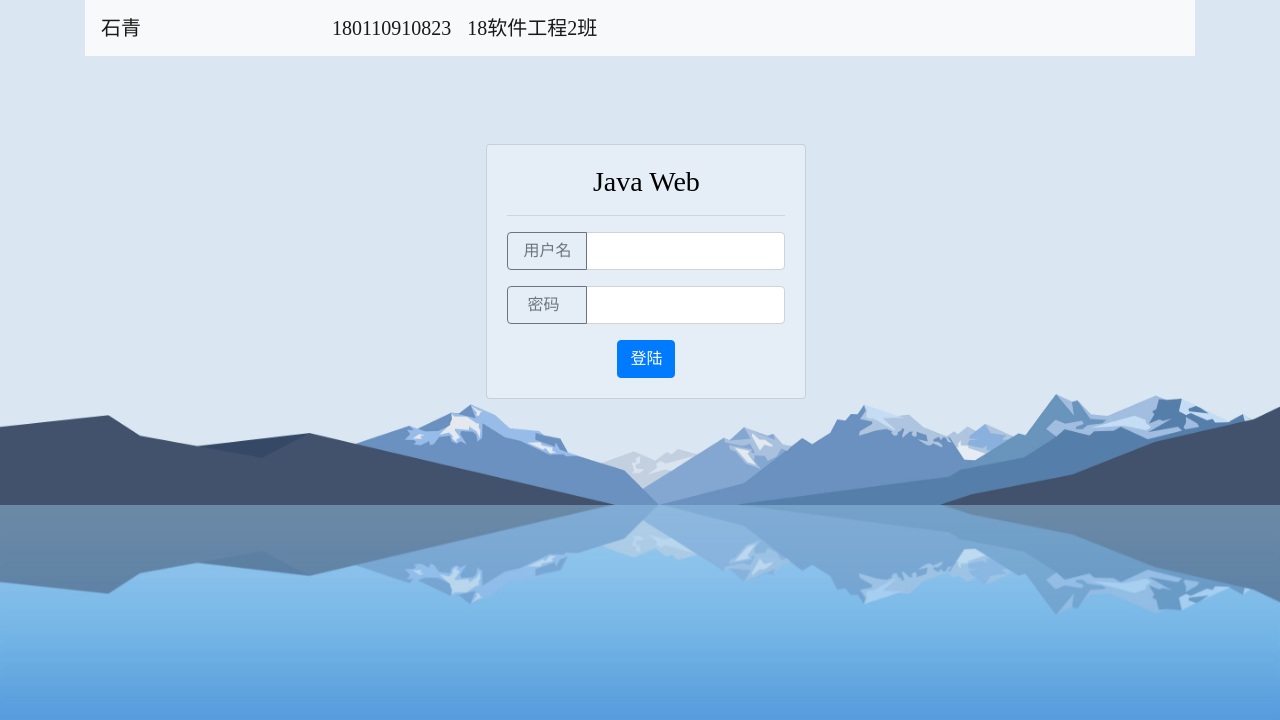
Repository: sqsssq/JavaWeb
Page: class1/IDEA/web/successful.html
An editor plug-in stored every save of this project. The page is shown before and after the next save, followed by the edit.
The browser window is 1280 px wide. The pictures show the whole page.

Above is the page before, as saved 2020-09-25 00:38:33.

After the next save:
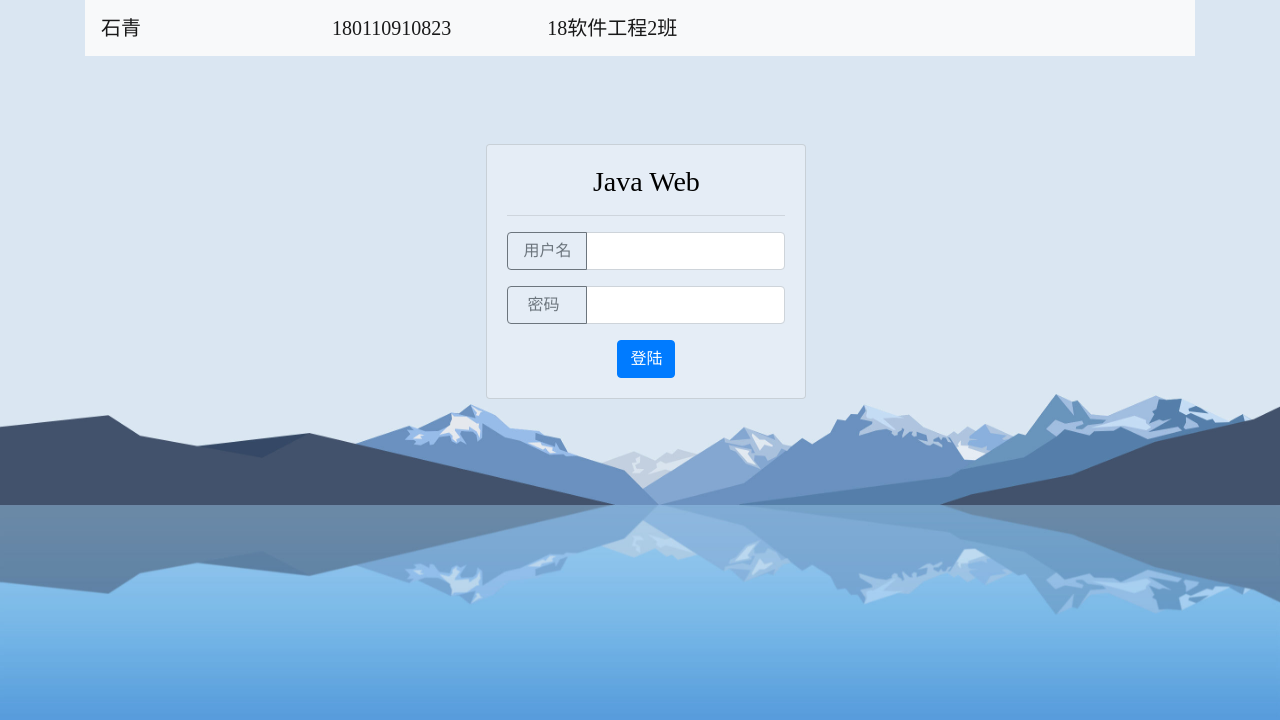
Saved 16 s later.
--- a/class1/IDEA/web/successful.html
+++ b/class1/IDEA/web/successful.html
@@ -1,7 +1,7 @@
 <!--
  * @Author: your name
  * @Date: 2020-09-23 10:46:47
- * @LastEditTime: 2020-09-25 00:38:28
+ * @LastEditTime: 2020-09-25 00:38:49
  * @LastEditors: Please set LastEditors
  * @Description: In User Settings Edit
  * @FilePath: \IDEA\web\successful.html
@@ -34,7 +34,7 @@
     <div class="container" style="font-family: 华文行楷;">
         <nav class="navbar navbar-expand-lg navbar-light bg-light">
             <a class="navbar-brand" href="#">石青 &nbsp;&nbsp;&nbsp;&nbsp;&nbsp;&nbsp;&nbsp;&nbsp;&nbsp;&nbsp;&nbsp;&nbsp;&nbsp;&nbsp;&nbsp;&nbsp;&nbsp;&nbsp;&nbsp;&nbsp;&nbsp;&nbsp;&nbsp;&nbsp;&nbsp;&nbsp;&nbsp;&nbsp;&nbsp;&nbsp;&nbsp;&nbsp;&nbsp;&nbsp;</a>
-            <a class="navbar-brand" href="#">180110910823</a>
+            <a class="navbar-brand" href="#">180110910823&nbsp;&nbsp;&nbsp;&nbsp;&nbsp;&nbsp;&nbsp;&nbsp;&nbsp;&nbsp;&nbsp;&nbsp;&nbsp;&nbsp;&nbsp;&nbsp;</a>
             <a class="navbar-brand" href="#">18软件工程2班</a>
 
         </nav>
